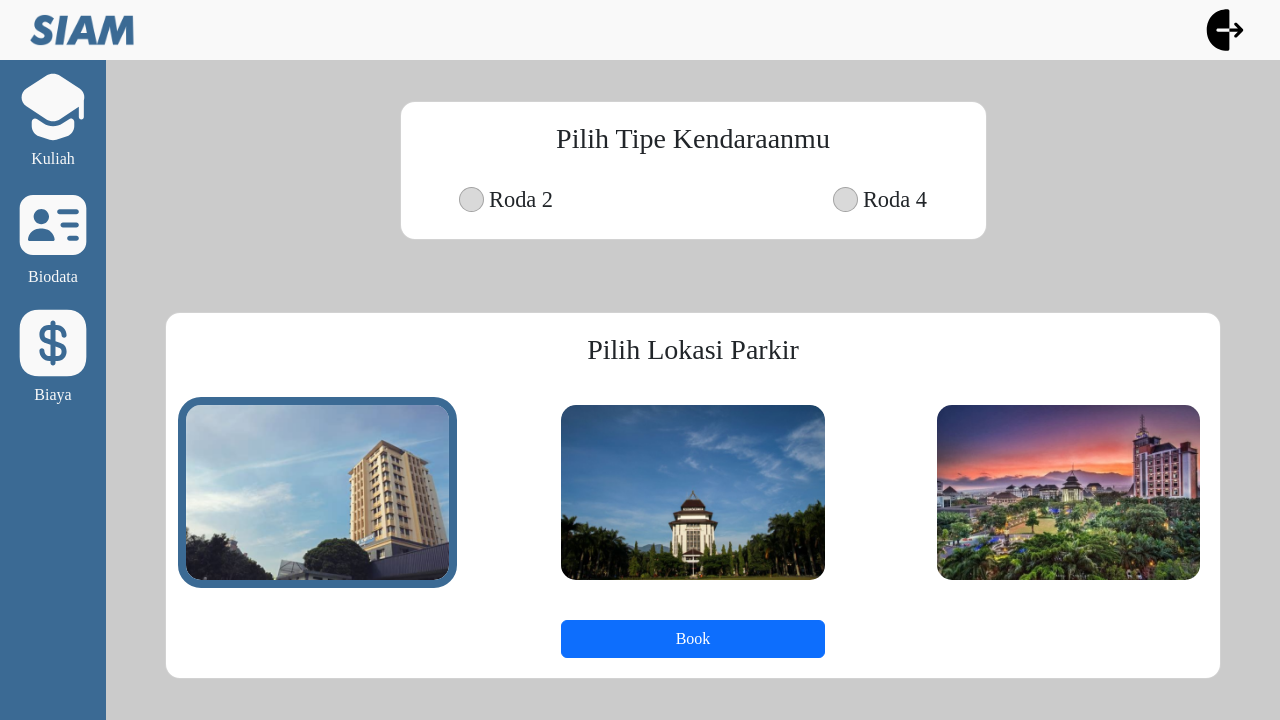
Repository: haikalirf/Project-IMK
Page: parkir.html
The author's editor kept a copy of each file at every save. The page is drawn from the files as they stood at one save, then again after the next save.
The browser window is 1280 px wide. The pictures show the whole page.
After loading, the first visible `input.gambar-parkir` was clicked once.
Some web fonts or font styles are not loaded; a fallback is used.

Above is the page before, as saved 2022-12-12 23:52:06.

After the next save:
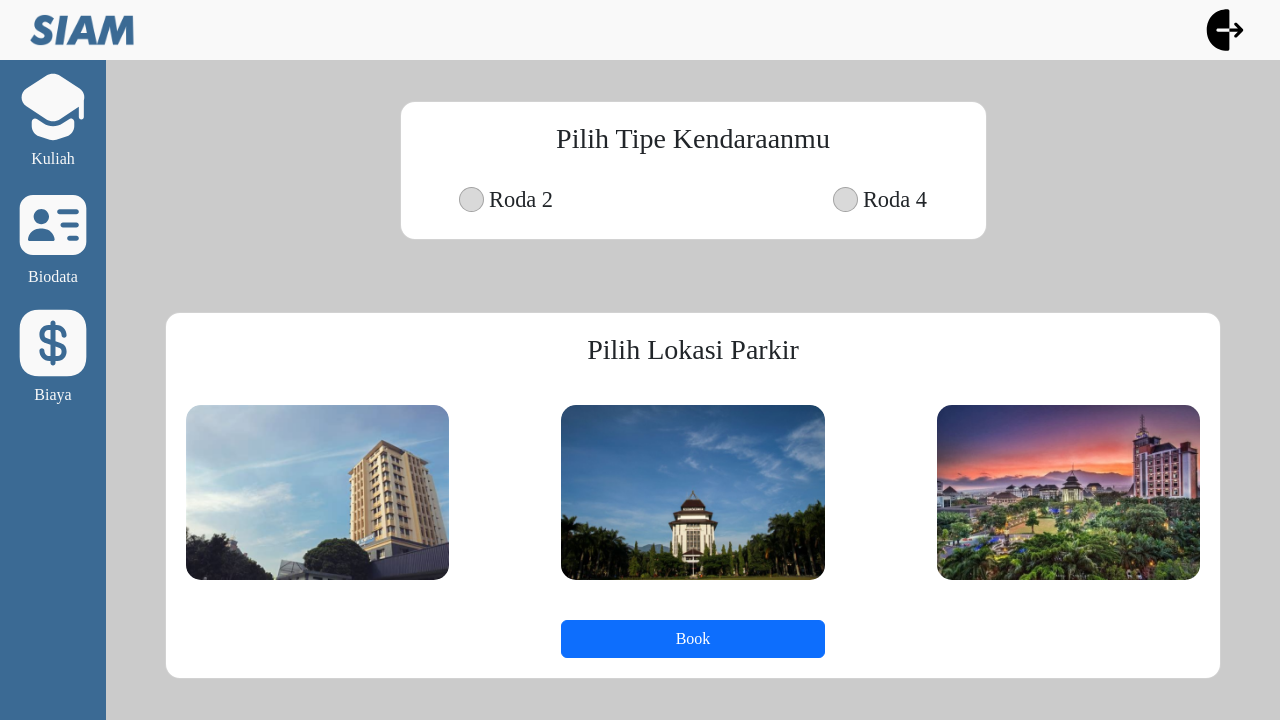
Console error: SyntaxError: Unexpected token '='
Saved 39 s later.
--- a/scripts/parkir.js
+++ b/scripts/parkir.js
@@ -1,6 +1,6 @@
 function border(image) {
 	var hasOutline = true
-	if (image.getAttribute("style.outline")==null || image.getAttribute("style.outline")=="") {
+	if (image.getAttribute("style.outline") === null || image.getAttribute("style.outline") ==== "") {
 		hasOutline = false
 	}
 	const allImage = document.querySelectorAll('.gambar-parkir');

After the save that followed:
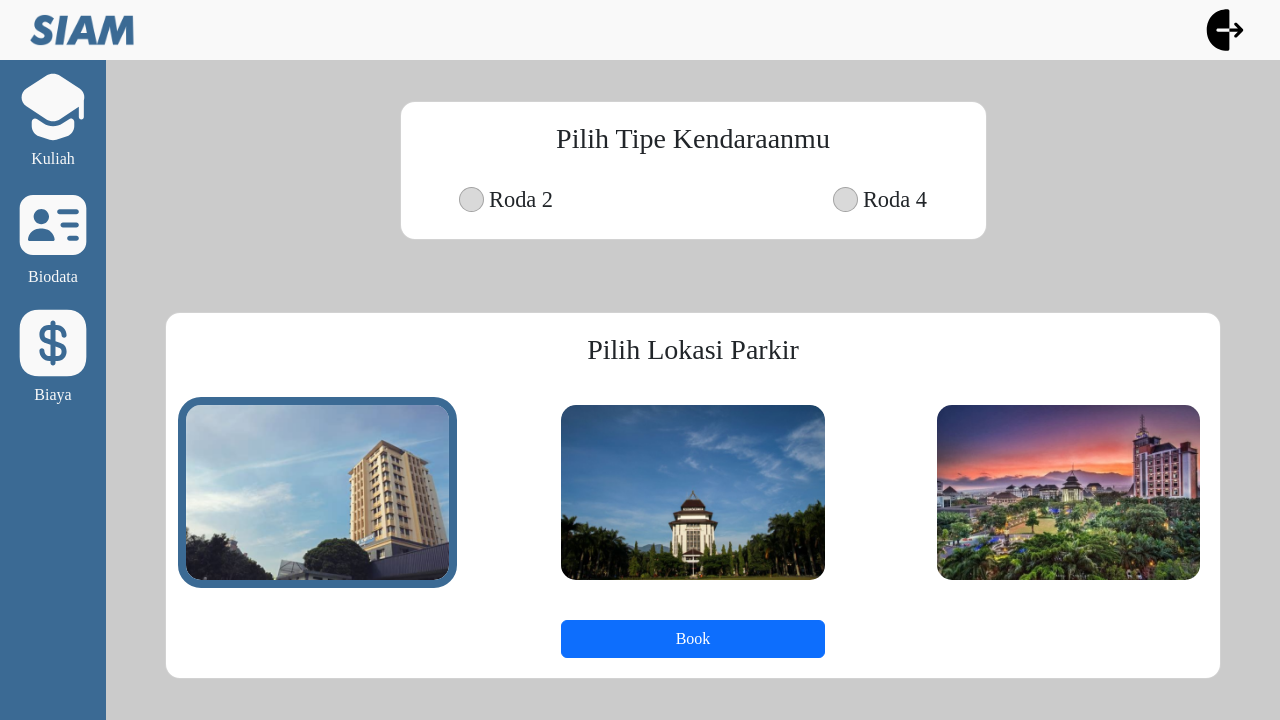
The error is gone.
Saved 13 s later.
--- a/scripts/parkir.js
+++ b/scripts/parkir.js
@@ -1,6 +1,6 @@
 function border(image) {
 	var hasOutline = true
-	if (image.getAttribute("style.outline") === null || image.getAttribute("style.outline") ==== "") {
+	if (image.getAttribute("style.outline") === null || image.getAttribute("style.outline") === "") {
 		hasOutline = false
 	}
 	const allImage = document.querySelectorAll('.gambar-parkir');
